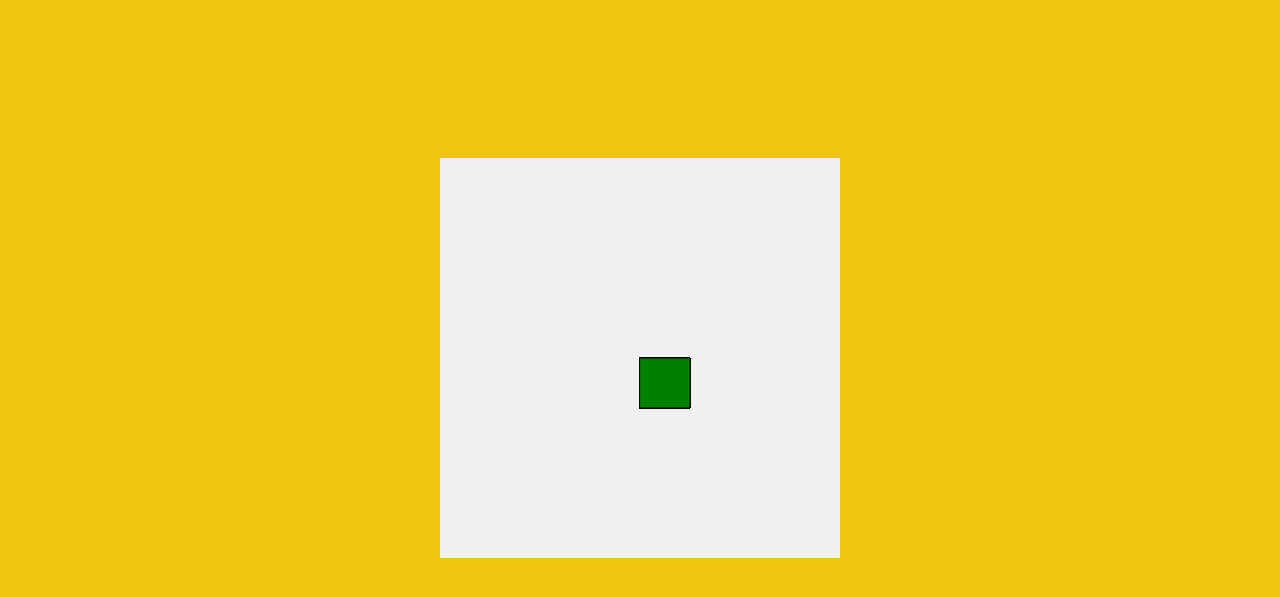
Repository: animarcus/graphing-app
Page: index.html
The author's editor kept a copy of each file at every save. The page is drawn from the files as they stood at one save, then again after the next save.
The browser window is 1280 px wide. The pictures show the whole page.
Some web libraries are served in a nearby version.

Above is the page before, as saved 2020-09-26 19:10:59.

### index.html
<!DOCTYPE html>
<html lang="en">
<head>
  <link rel="apple-touch-icon"sizes="180x180"href="/icons/apple-touch-icon.png">
  <link rel="icon"type="image/png"sizes="32x32"href="/icons/favicon-32x32.png">
  <link rel="icon"type="image/png"sizes="16x16"href="/icons/favicon-16x16.png">
  <link rel="manifest"href="/icons/site.webmanifest">

  <link rel="stylesheet" href="css/style.css">
  <meta charset="UTF-8">
  <meta name="viewport" content="width=device-width, initial-scale=1.0, maximum-scale=1.0, user-scalable=0">
  <title>PLACEHOLDER</title>

  <script type="text/javascript" src="https://cdn.jsdelivr.net/npm/p5@1.1.4/lib/p5.min.js"></script>
  <script src="js/sketch.js"></script>
</head>
<body>
  <div id="canvas1"></div>
</body>
</html>

### css/style.css
* {
  cursor: default;
  /* -webkit-touch-callout: none;
  -webkit-user-select: none;
  -khtml-user-select: none;
  -moz-user-select: none;
  -ms-user-select: none;
  user-select: none; */
}
body {
  background: #f1c40f;
  height: 100%;
  overflow-y: hidden;
  overflow-x: hidden;
  /* border-radius: 50%; */
}

#canvas1 {
  position: absolute;
  top:50%;
  left:50%;
  transform: translate(-50%,-50%);
}

### js/sketch.js

let canvasW = 400;
let canvasH = 400;

function setup() {
  let canvas = createCanvas(canvasW,canvasH);
  canvas.parent("canvas1");

  background(240);
}


function draw() {
  fill(color("green"));
  translate(canvasW/2, canvasH/2);
  rect(0,0,50,50);
  drawHandlers.drawGrid();
}


let drawHandlers = {
  drawGrid : function() {
    console.table(-canvasH/2, canvasH/2);

    // translate(canvasW/2, canvasH/2);
    line(-canvasH/2, canvasH/2);
    stroke(0);
  }
}

After the next save:
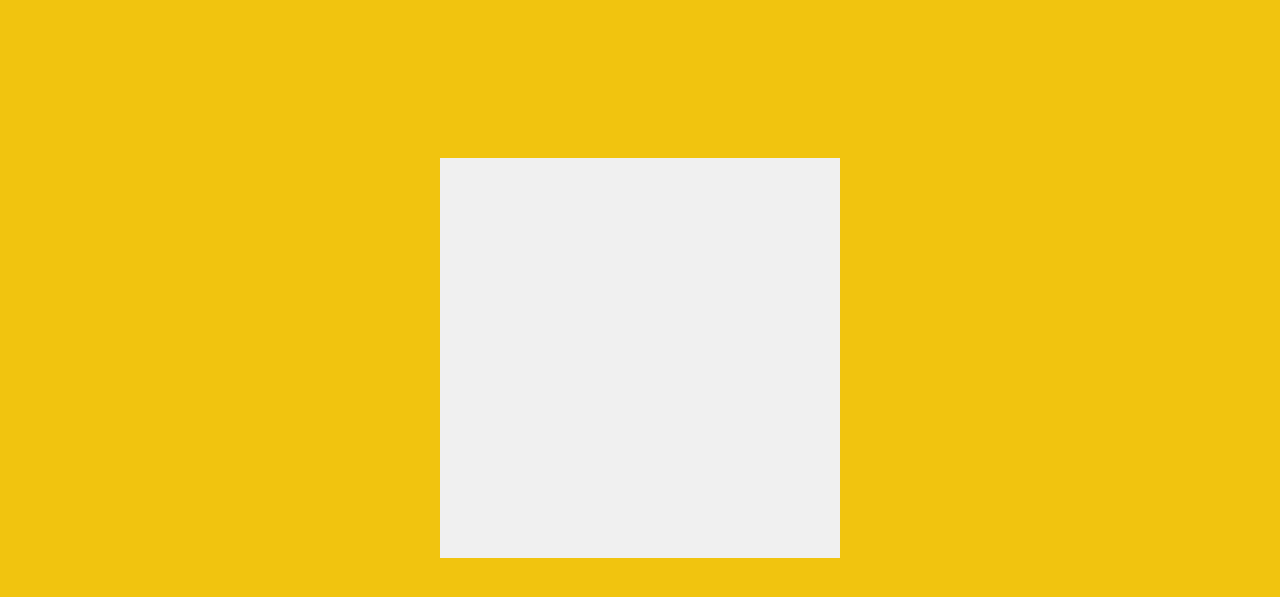
Saved 15 s later.
--- a/js/sketch.js
+++ b/js/sketch.js
@@ -13,7 +13,7 @@ function setup() {
 function draw() {
   fill(color("green"));
   translate(canvasW/2, canvasH/2);
-  rect(0,0,50,50);
+  // rect(0,0,50,50);
   drawHandlers.drawGrid();
 }
 
